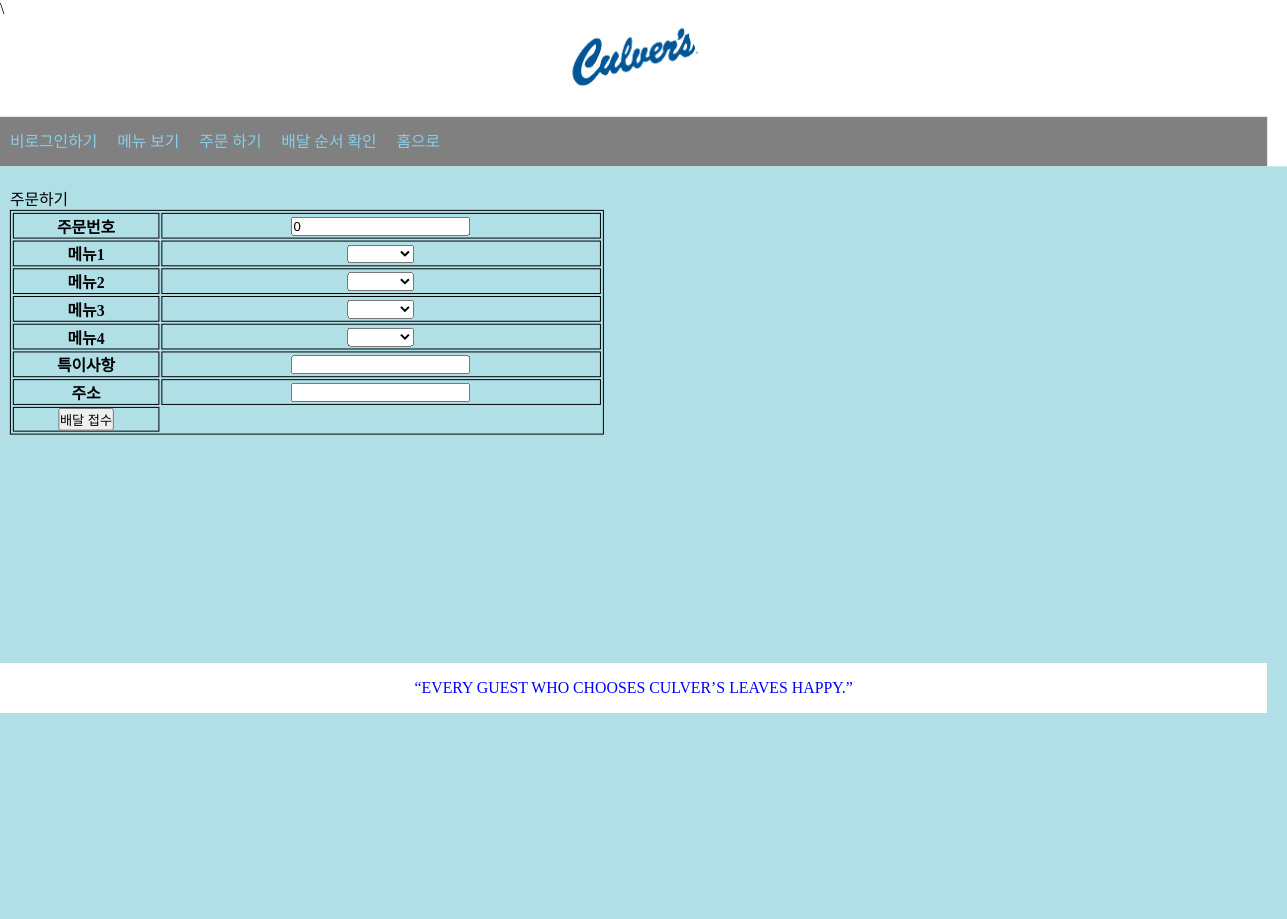
Repository: andy981217/culvers
Page: http://localhost/Culvers/order
These files come from the project's save history. The page is drawn as it stood at one moment and after the next save; the edit follows.
The browser window is 1280 px wide. The page is 1300 px wide, so the pictures cover 1300 px, including what lies to the right of the window. The pictures show the whole page, at 99% of full size.
The page is served by Tomcat 9. Queries for data that is not in the repository find no rows.

Above is the page before, as saved 2022-12-28 06:59:06.

After the next save:
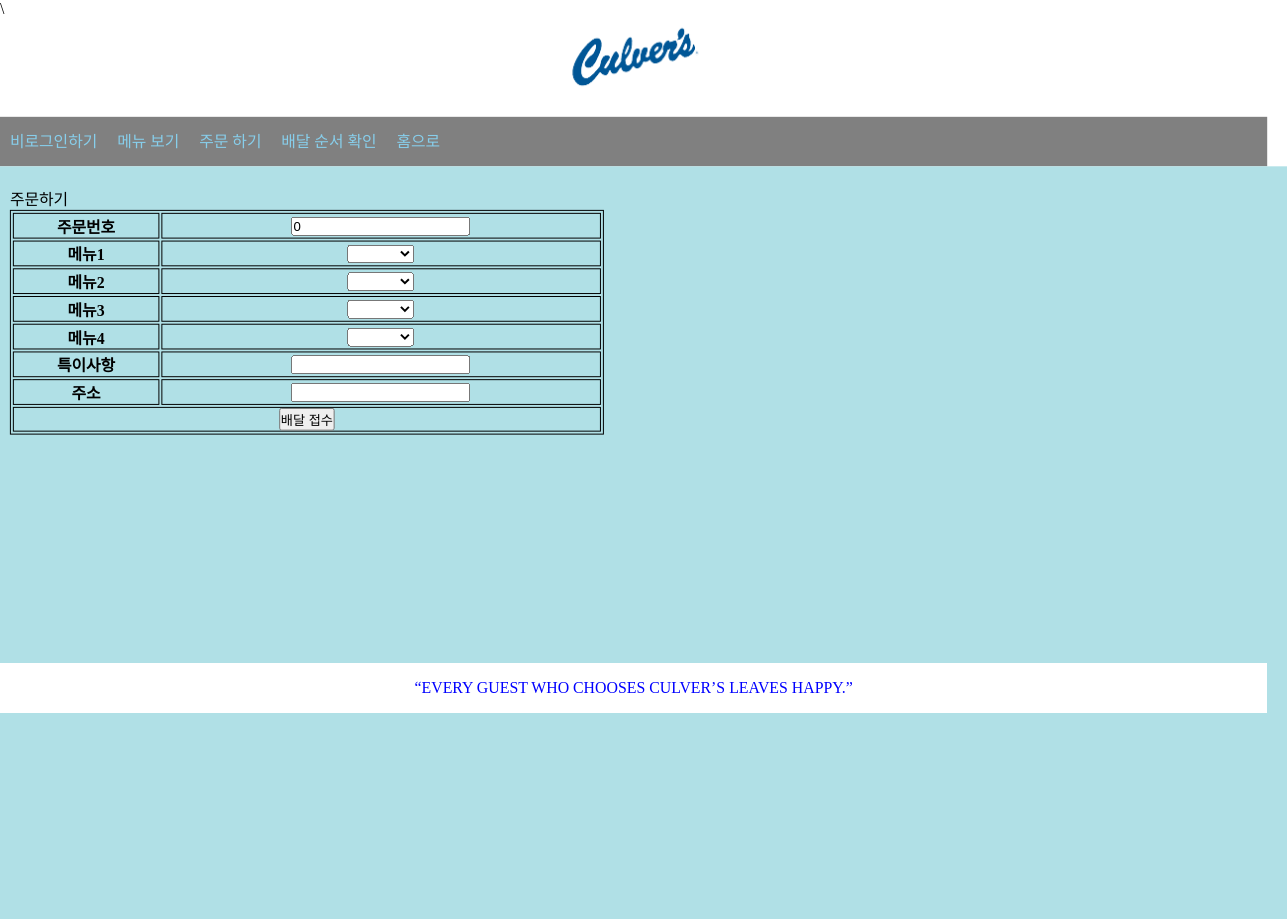
Saved 98 s later.
--- a/Culvers/src/main/webapp/order.jsp
+++ b/Culvers/src/main/webapp/order.jsp
@@ -92,7 +92,7 @@
 						<td><input type="text" name="address"></td>
 					</tr>
 					<tr>
-						<td coldspan="2">
+						<td colspan="2">
 						<button class="btn" type="submit" onclick="">배달 접수</button>
 						</td>
 					</tr>
